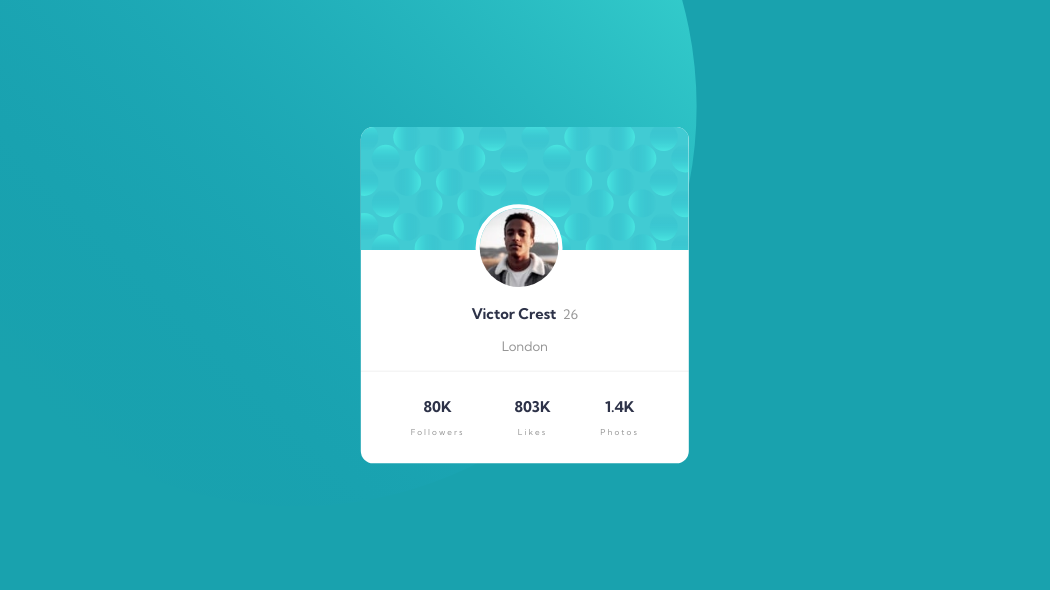
Repository: PratypartyY2K/frontendmentor-challenges
Page: profile-card-component-main/index.html
The author's editor kept a copy of each file at every save. The page is drawn from the files as they stood at one save, then again after the next save.
The browser window is 1280 px wide. The pictures show the whole page, at 82% of full size.

Above is the page before, as saved 2021-07-15 14:23:04.

After the next save:
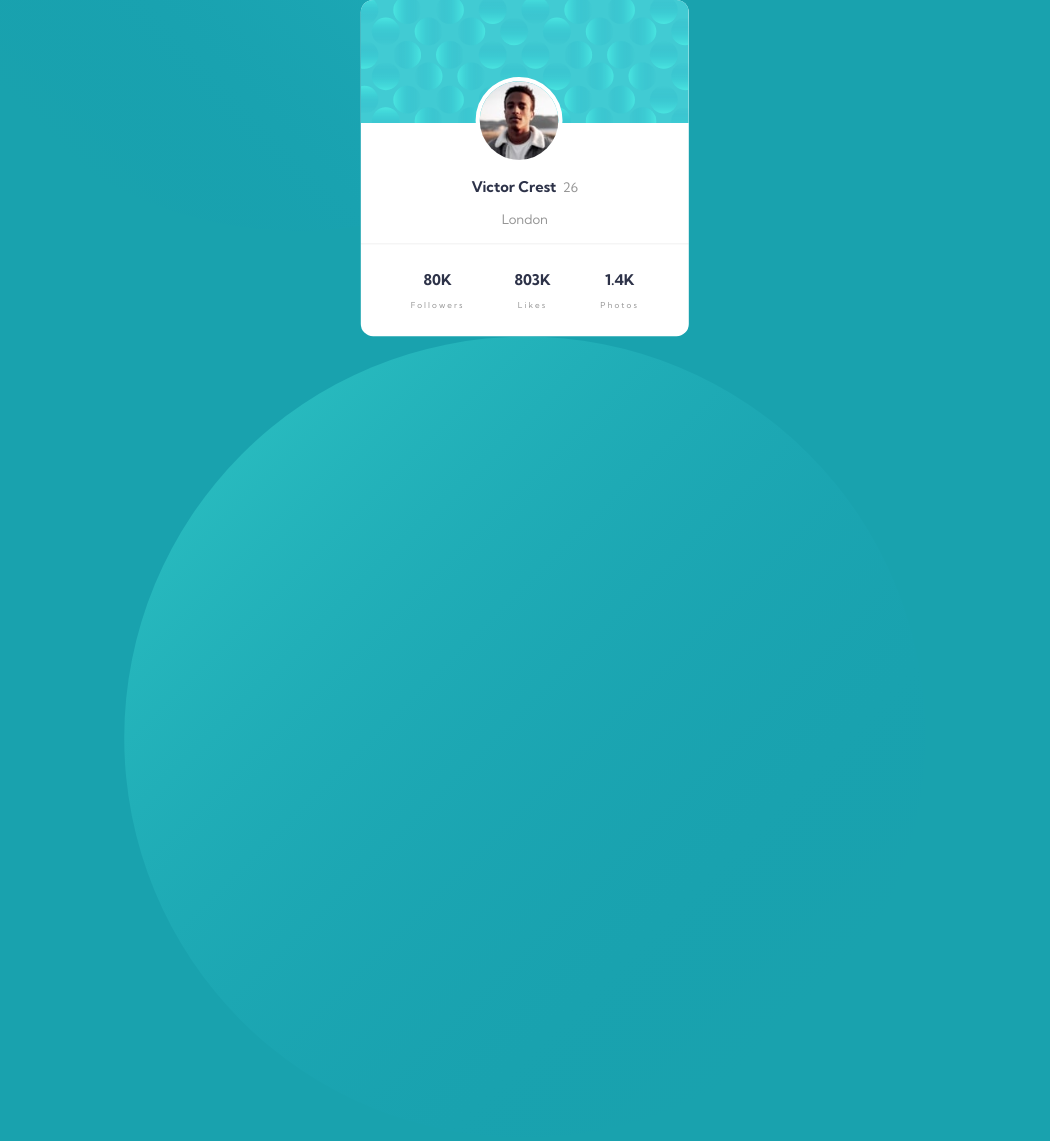
Saved 27 s later.
--- a/profile-card-component-main/index.html
+++ b/profile-card-component-main/index.html
@@ -63,8 +63,8 @@
 
     </div>
   -->
-    <!-- <div class="bg-bottom-img">
+    <div class="bg-bottom-img">
       <img src="images/bg-pattern-bottom.svg">
-    </div> -->
+    </div>
   </body>
 </html>
